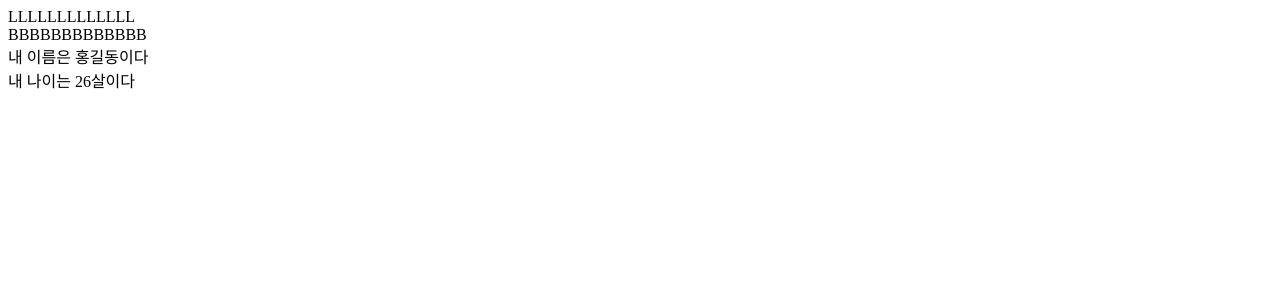
Repository: Gmajorlist/HTML
Page: http://localhost/testJSP/exam/hello.jsp
An editor plug-in stored every save of this project. The page is shown before and after the next save, followed by the edit.
The browser window is 1280 px wide. The pictures show the whole page.
The page is served by Tomcat 9.

Above is the page before, as saved 2023-03-03 05:43:53.

### testJSP/src/main/webapp/exam/hello.jsp
<%@ page language="java" contentType="text/html; charset=UTF-8"
    pageEncoding="UTF-8"%>

<%!
//선언문- 1번만 실행이됩니다.
	String name ="홍길동";
	int age = 25;
%>
<%
//스크립트릿  = 지역,호출시마다 실행
	age++;
%>


<!DOCTYPE html>
<html>
<head>
<meta charset="UTF-8">
<title>Insert title here</title>
</head>
<body>
LLLLLLLLLLLLL<br>

BBBBBBBBBBBBB<br>
내 이름은 <%=name %>이다 <br>
내 나이는 <%=age %>살이다 <br>



</body>
</html>

After the next save:
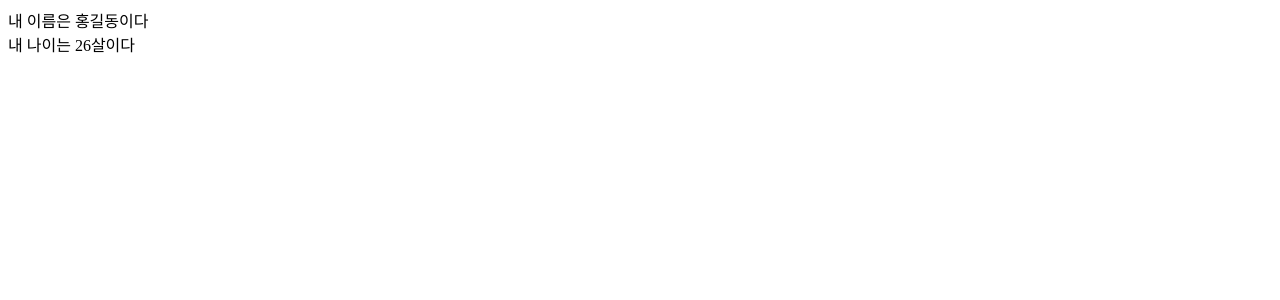
Saved 28 min 22 s later.
--- a/testJSP/src/main/webapp/exam/hello.jsp
+++ b/testJSP/src/main/webapp/exam/hello.jsp
@@ -19,9 +19,12 @@
 <title>Insert title here</title>
 </head>
 <body>
-LLLLLLLLLLLLL<br>
 
-BBBBBBBBBBBBB<br>
+<!-- LLLLLLLLLLLLL<br>      HTML 주석 -->
+
+<%-- BBBBBBBBBBBBB<br>      JSP 주석  --%>
+
+
 내 이름은 <%=name %>이다 <br>
 내 나이는 <%=age %>살이다 <br>
 
